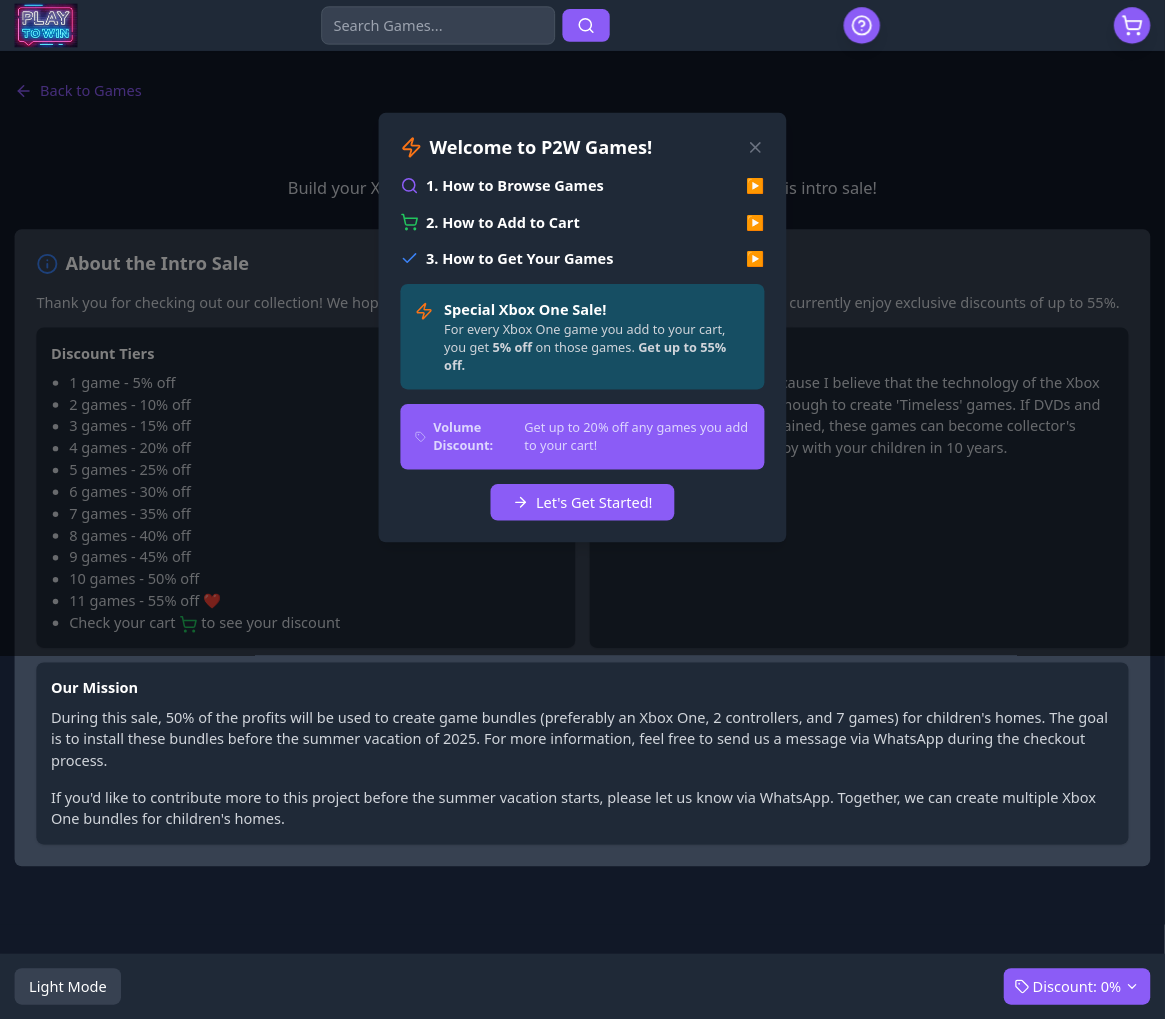
Repository: Play2Win777/P2W-Superbase
Page: /intro-sale
These files come from the project's save history. The page is drawn as it stood at one moment and after the next save; the edit follows.
The browser window is 1280 px wide. The pictures show the whole page, at 91% of full size.
Pictures or frames that could not be fetched are drawn as grey boxes. The page's requests for data from a server got no answer. The project was rebuilt for these pictures with package versions that can differ from the ones it lists, and the page was loaded fresh each time. No one was signed in, and anything a server would have sent is missing. Also part of the build but not shown: vite.config.ts, src/components/Filters.tsx, src/components/GameCard.tsx, src/components/FlashSaleBadge.tsx, src/pages/GameDetails.tsx, src/pages/Checkout.tsx, src/pages/FlashSalePage.tsx, src/components/Toast.tsx.

Above is the page before, as saved 2025-03-23 12:38:16.

### index.html
<!doctype html>
<html lang="en">
  <head>
    <meta charset="UTF-8" />
    <link rel="icon" type="image/svg+xml" href="/vite.svg" />
    <meta name="viewport" content="width=device-width, initial-scale=1.0" />
    <title>P2W Games</title>
  </head>
  <body>
    <div id="root"></div>
    <script type="module" src="/src/main.tsx"></script>
  </body>
</html>

### src/main.tsx
import { StrictMode } from 'react';
import { createRoot } from 'react-dom/client';
import App from './App.tsx';
import './index.css';

// Add Storylane script dynamically
//const script = document.createElement('script');
//script.src = 'https://js.storylane.io/js/v2/storylane.js';
//script.async = true;
//document.head.appendChild(script);

createRoot(document.getElementById('root')!).render(
  <StrictMode>
    <App />
  </StrictMode>
);

### src/App.tsx
// src/App.tsx
import React, { useEffect, useState } from 'react';
import { BrowserRouter as Router, Routes, Route, useNavigate, useLocation } from 'react-router-dom';
import { Search, Zap, X, ShoppingCart, Filter, ArrowRight, Check, HelpCircle, Tag } from 'lucide-react';
import { fetchGames } from './api';
import { useStore } from './store';
import { Filters } from './components/Filters';
import { GameCard } from './components/GameCard';
import { Cart } from './components/Cart';
import { GameDetails } from './pages/GameDetails';
import { Checkout } from './pages/Checkout';
import { FlashSalePage } from './pages/FlashSalePage';
import { IntroSalePage } from './pages/IntroSalePage';
import { DiscountPopup } from './components/DiscountPopup';
import { ThemeContext } from './context/ThemeContext';
import { Toast } from './components/Toast';
import { ExchangeRateProvider } from './context/ExchangeRateContext';

// IntroModal Component
const IntroModal = ({ isOpen, onClose }) => {
  const [isBrowseOpen, setIsBrowseOpen] = useState(false); // Start collapsed
  const [isAddToCartOpen, setIsAddToCartOpen] = useState(false); // Start collapsed
  const [isCheckoutOpen, setIsCheckoutOpen] = useState(false); // Start collapsed

  if (!isOpen) return null;

  return (
    <div
      className="fixed inset-0 bg-black/50 flex items-center justify-center p-4 z-50"
      onClick={onClose} // Close modal when clicking outside
    >
      <div
        className="bg-white dark:bg-gray-800 p-6 rounded-lg max-w-md w-full max-h-[70vh] flex flex-col shadow-lg transform transition-all duration-300 ease-out animate-fade-in-scale"
        onClick={(e) => e.stopPropagation()} // Prevent clicks inside the modal from closing it
      >
        {/* Fixed Header */}
        <div className="flex justify-between items-center mb-4">
          <h2 className="text-xl font-bold dark:text-white flex items-center gap-2">
            <Zap size={24} className="text-orange-500" />
            Welcome to P2W Games!
          </h2>
          <button
            onClick={onClose}
            className="text-gray-500 hover:text-gray-700 dark:hover:text-gray-300"
          >
            <X size={20} />
          </button>
        </div>

        {/* Scrollable Content */}
        <div className="flex-1 overflow-y-auto space-y-4">
          {/* Collapsible Section: How to Browse Games */}
          <div className="flex flex-col gap-2">
            <button
              onClick={() => setIsBrowseOpen(!isBrowseOpen)}
              className="flex items-center gap-2 text-left dark:text-white"
            >
              <Search size={20} className="flex-shrink-0 text-purple-500" />
              <p className="font-semibold">1. How to Browse Games</p>
              <span className="ml-auto transform transition-transform">
                {isBrowseOpen ? '▼' : '▶'}
              </span>
            </button>
            {isBrowseOpen && (
              <ul className="list-disc pl-10 text-gray-700 dark:text-gray-300">
                <li>Click <strong>platform icons</strong> to filter by platform.</li>
                <li>Use the search "<Search size={16} className="inline" />" button at the top to apply filters like platform, genre, price, and more.</li>
              </ul>
            )}
          </div>

          {/* Collapsible Section: How to Add to Cart */}
          <div className="flex flex-col gap-2">
            <button
              onClick={() => setIsAddToCartOpen(!isAddToCartOpen)}
              className="flex items-center gap-2 text-left dark:text-white"
            >
              <ShoppingCart size={20} className="flex-shrink-0 text-green-500" />
              <p className="font-semibold">2. How to Add to Cart</p>
              <span className="ml-auto transform transition-transform">
                {isAddToCartOpen ? '▼' : '▶'}
              </span>
            </button>
            {isAddToCartOpen && (
              <ul className="list-disc pl-10 text-gray-700 dark:text-gray-300">
                <li>Click the <ShoppingCart size={16} className="inline" /> button to add games to your cart.</li>
                <li>Look for <Zap size={16} className="inline text-orange-500" /> Flash Sale badges for discounted games.</li>
              </ul>
            )}
          </div>

          {/* Collapsible Section: How to Get Your Games */}
          <div className="flex flex-col gap-2">
            <button
              onClick={() => setIsCheckoutOpen(!isCheckoutOpen)}
              className="flex items-center gap-2 text-left dark:text-white"
            >
              <Check size={20} className="flex-shrink-0 text-blue-500" />
              <p className="font-semibold">3. How to Get Your Games</p>
              <span className="ml-auto transform transition-transform">
                {isCheckoutOpen ? '▼' : '▶'}
              </span>
            </button>
            {isCheckoutOpen && (
              <ul className="list-disc pl-10 text-gray-700 dark:text-gray-300">
                <li>Go to your cart at the top right <ShoppingCart size={16} className="inline" /> and review your items.</li>
                <li>Choose <strong>WhatsApp</strong> at checkout and you can pay in person in SRD.</li>
              </ul>
            )}
          </div>
        </div>

        {/* Fixed Footer: Special Xbox Sale Announcement */}
        <a href="/intro-sale"className="bg-yellow-100 dark:bg-cyan-900 p-4 rounded-lg mt-4">
          <div className="flex items-start gap-3">
            <Zap size={20} className="flex-shrink-0 mt-1 text-orange-500" />
            <div>
              <a
                href="/intro-sale" // Link to IntroSalePage
                className="font-semibold dark:text-white hover:underline"
              >
                Special Xbox One Sale!
              </a>
              <p className="text-sm dark:text-gray-300">
                For every Xbox One game you add to your cart, you get <strong>5% off</strong> on those games. <strong>Get up to 55% off.</strong>
              </p>
            </div>
          </div>
        </a>

        {/* Volume Discount Section */}
        <div className="mt-4 p-4 bg-purple-50 dark:bg-purple-500 rounded-lg">
          <p className="text-sm text-purple-700 dark:text-purple-200 flex items-center gap-2">
            <Tag size={16} className="text-purple-500 dark:text-purple-300" />
            <strong>Volume Discount:</strong> Get up to 20% off any games you add to your cart!
          </p>
        </div>

        {/* Call to Action */}
        <div className="mt-4 flex justify-center">
          <button
            onClick={onClose}
            className="bg-purple-500 text-white px-6 py-2 rounded-lg hover:bg-purple-600 transition-colors flex items-center gap-2"
          >
            <ArrowRight size={18} />
            Let's Get Started!
          </button>
        </div>
      </div>
    </div>
  );
};


// SEARCH BAR COMPONENT
const SearchBar = () => {
  const {
    games,
    searchGames,
    setFilteredGames,
    setCurrentPage
  } = useStore();
  const [searchTerm, setSearchTerm] = useState('');
  const navigate = useNavigate();
  const location = useLocation();

  const handleSearch = (e) => {
    const term = e.target.value;
    setSearchTerm(term);

    if (searchGames) {
      searchGames(term);
    } else {
      if (!term.trim()) {
        setFilteredGames(games);
      } else {
        const results = games.filter(game =>
          game.Game_Title.toLowerCase().includes(term.toLowerCase())
        );
        setFilteredGames(results);
      }
    }

    // Reset to first page when searching
    setCurrentPage(1);

    // If user is not on the home page and they've typed at least 2 characters, navigate to home
    if (location.pathname !== '/' && term.length >= 2) {
      navigate('/');
    }
  };

  return (
    <input
      type="text"
      placeholder="Search Games..."
      value={searchTerm}
      onChange={handleSearch}
      className="w-full px-3 py-2 border rounded-lg text-gray-900 dark:bg-gray-700 dark:text-white dark:border-gray-600"
    />
  );
};

// Whatsapp COMPONENT
const FloatingWhatsAppButton = () => {
  const phoneNumber = "+5978574777";
  const message = "Hello! I have a question about P2W Games.";
  const whatsappUrl = `https://wa.me/${phoneNumber}?text=${encodeURIComponent(message)}`;

  return (
    <a
      href={whatsappUrl}
      target="_blank"
      rel="noopener noreferrer"
      className="fixed bottom-6 right-6 z-50 p-3 bg-gray-200 dark:bg-gray-700 rounded-full shadow-lg hover:bg-green-500 dark:hover:bg-green-500 transition-all duration-300 hover:scale-110"
    >
      <img
        src="https://upload.wikimedia.org/wikipedia/commons/6/6b/WhatsApp.svg"
        alt="WhatsApp"
        className="w-8 h-8 opacity-75 hover:opacity-100 transition-opacity"
      />
    </a>
  );
};

// FOOTER COMPONENT
const Footer = ({ toggleDarkMode, darkMode }) => {
  return (
    <footer className="bg-white dark:bg-gray-800 shadow-md mt-8 py-4 overflow-visible">
      <div className="container mx-auto px-4 flex items-center justify-between">
        {/* Dark Mode Toggle on the left */}
        <button
          onClick={toggleDarkMode}
          className="bg-gray-200 dark:bg-gray-700 text-gray-900 dark:text-white px-4 py-2 rounded-lg whitespace-nowrap"
        >
          {darkMode ? (
            <span>Light Mode</span>
          ) : (
            <span>Dark Mode</span>
          )}
        </button>

        {/* Add DiscountPopup button to the footer */}
        <div className="ml-4">
          <DiscountPopup />
        </div>
      </div>
    </footer>
  );
};

function App() {
  const {
    games,
    filteredGames,
    currentPage,
    setGames,
    setFilteredGames,
    setCurrentPage,
    showFilters,
    setShowFilters,
    filters,
    toastMessage,
    toastDiscountInfo,
  } = useStore();

  const [darkMode, setDarkMode] = useState(true);
  const [isScrolling, setIsScrolling] = useState(false);
  const [showIntroModal, setShowIntroModal] = useState(false);

  // Show intro modal on first visit
  useEffect(() => {
    const hasSeenIntro = localStorage.getItem('hasSeenIntro');
    if (!hasSeenIntro) {
      setShowIntroModal(true);
      localStorage.setItem('hasSeenIntro', 'true');
    }
  }, []);

  useEffect(() => {
    const loadGames = async () => {
      const fetchedGames = await fetchGames();
      const randomizedGames = [...fetchedGames].sort(() => Math.random() - 0.5);
      setGames(randomizedGames);
      setFilteredGames(randomizedGames);
    };

    loadGames();
  }, [setGames, setFilteredGames]);

  useEffect(() => {
    if (darkMode) {
      document.documentElement.classList.add('dark');
    } else {
      document.documentElement.classList.remove('dark');
    }
  }, [darkMode]);

  const toggleDarkMode = () => {
    setDarkMode((prev) => !prev);
  };

  const toggleFilters = () => {
    setShowFilters(!showFilters);
    if (!showFilters) {
      setIsScrolling(false);
      window.scrollTo({ top: 0, behavior: 'smooth' });
      setTimeout(() => {
        setIsScrolling(true);
      }, 1000);
    }
  };

  const gamesPerPage = 12;
  const paginatedGames = filteredGames.slice(0, currentPage * gamesPerPage);
  const hasMore = paginatedGames.length < filteredGames.length;

  const themeValue = {
    darkMode,
    toggleDarkMode: () => setDarkMode(prev => !prev)
  };

  return (
    <ThemeContext.Provider value={themeValue}>
      <ExchangeRateProvider>
        <Router>
          <div className={`min-h-screen ${darkMode ? 'bg-gray-900' : 'bg-gray-50'}`}>
            {/* Intro Modal */}
            <IntroModal
              isOpen={showIntroModal}
              onClose={() => setShowIntroModal(false)}
            />

            {/* Toast */}
            {toastMessage && (
              <Toast
                message={toastMessage}
                discountInfo={toastDiscountInfo || undefined}
              />
            )}

            <header className="bg-white dark:bg-gray-800 shadow-sm sticky top-0 z-50">
              <div className="container mx-auto px-4 py-1">
                <div className="flex justify-between items-center">
                  <div className="flex items-center gap-2">
                    <h1
                      onClick={() => window.location.href = '/'}
                      className="text-2xl font-bold text-gray-900 dark:text-white whitespace-nowrap cursor-pointer flex items-center"
                    >
                      <img src="/assets/icons/p2wlogo.png" alt="Play 2 Win" className="h-12 mr-3" />
                    </h1>
                  </div>

                  <div className="flex items-center w-1/2 md:w-auto">
                    <div className="mr-2 flex-grow">
                      <SearchBar />
                    </div>
                    <button
                      onClick={toggleFilters}
                      className="bg-purple-500 hover:bg-purple-600 text-white font-bold py-2 px-4 rounded-lg flex items-center"
                    >
                      <Search className="h-5 w-5" />
                    </button>
                  </div>

                  <button
                    onClick={() => setShowIntroModal((prev) => !prev)} // Toggle modal
                    className="p-2 bg-purple-500 text-white rounded-full hover:bg-purple-600 transition-colors shadow-lg relative group"
                  >
                    <HelpCircle size={24} />
                    <div className="absolute top-full left-1/2 transform -translate-x-1/2 mt-2 px-2 py-1 bg-gray-800 text-white text-sm rounded opacity-0 group-hover:opacity-100 transition-opacity whitespace-nowrap z-50">
                      How it works
                    </div>
                  </button>

                  <Cart className="hidden md:block" />
                </div>
              </div>
            </header>

            <Routes>
              <Route
                path="/"
                element={
                  <main className="container mx-auto px-4 py-4">
                    {showFilters && (
                      <div className="mb-6">
                        <Filters />
                      </div>
                    )}

                    <div className="grid grid-cols-1 sm:grid-cols-2 lg:grid-cols-2 xl:grid-cols-3 gap-6 mt-0">
                      {paginatedGames.map((game) => (
                        <GameCard key={game.id} game={game} />
                      ))}
                    </div>
                    {hasMore && (
                      <div className="mt-8 text-center">
                        <button
                          onClick={() => setCurrentPage(currentPage + 1)}
                          className="bg-purple-500 text-white px-6 py-2 rounded-lg hover:bg-purple-600 transition-colors"
                        >
                          Load More Games
                        </button>
                      </div>
                    )}
                  </main>
                }
              />
              <Route path="/game/:id" element={<GameDetails />} />
              <Route path="/checkout" element={<Checkout />} />
              <Route path="/flash-sale" element={<FlashSalePage />} />
              <Route path="/intro-sale" element={<IntroSalePage />} />
            </Routes>

            <Footer toggleDarkMode={themeValue.toggleDarkMode} darkMode={darkMode} />
          </div>
        </Router>
      </ExchangeRateProvider>
    </ThemeContext.Provider>
  );
}

export default App;

### src/api.ts
import { createClient } from '@supabase/supabase-js';
import { Game } from './types';

const supabase = createClient(
  import.meta.env.VITE_SUPABASE_URL,
  import.meta.env.VITE_SUPABASE_KEY
);

export const fetchGames = async (): Promise<Game[]> => {
  const { data, error } = await supabase
    .from('Games')
    .select(`
      id,
      Game_Title,
      Platform,
      Genre,
      Sub_Genre,
      Age_Rating,
      Max_Offline_Players,
      Game_Modes,
      Developer,
      Release_Year,
      Price_to_Sell_For,
      Metacritic_Score,
      User_Score,
      Short_Description,
      Key_Features,
      Unique_Selling_Point,
      image_url_medium,
      Youtube_link
    `);

  if (error) {
    console.error('Supabase error:', error);
    return [];
  }

  return data as Game[];
};

### src/context/ThemeContext.tsx

 // src/context/ThemeContext.tsx
 import { createContext, useContext } from 'react';


 type ThemeContextType = {
  darkMode: boolean;
  toggleDarkMode: () => void;
 };


 export const ThemeContext = createContext<ThemeContextType>({
  darkMode: false,
  toggleDarkMode: () => {},
 });


 export const useTheme = () => useContext(ThemeContext);

### src/context/ExchangeRateContext.tsx
// src/context/ExchangeRateContext.tsx
import React, { createContext, useState, useEffect, useContext } from 'react';

interface ExchangeRateContextType {
  exchangeRate: number | null;
}

const ExchangeRateContext = createContext<ExchangeRateContextType>({ exchangeRate: null });

export const ExchangeRateProvider: React.FC<{ children: React.ReactNode }> = ({ children }) => {
  const [exchangeRate, setExchangeRate] = useState<number | null>(null);

  useEffect(() => {
    const fetchExchangeRate = async () => {
      try {
        const response = await fetch('https://api.exchangerate-api.com/v4/latest/USD');
        const data = await response.json();
        const usdToSrd = data.rates.SRD || 36.35; // Fallback to 36.35 if API fails
        setExchangeRate(usdToSrd + 0.4); // Add 40 cents markup
      } catch (error) {
        console.error('Failed to fetch exchange rate:', error);
        setExchangeRate(36.35 + 0.4); // Fallback to 36.35 + 0.4 if API fails
      }
    };

    fetchExchangeRate();
  }, []);

  return (
    <ExchangeRateContext.Provider value={{ exchangeRate }}>
      {children}
    </ExchangeRateContext.Provider>
  );
};

export const useExchangeRate = () => useContext(ExchangeRateContext);

### src/utils/gameHelpers.ts
// utils/gameHelpers.ts

/**
 * Determines if a game is eligible for the Flash Sale.
 * @param game - The game object.
 * @returns True if the game is eligible for the Flash Sale, false otherwise.
 */
export const isFlashSaleEligible = (game: any): boolean => {
  if (!game) return false;

  // Games with Metacritic score > 85 are eligible for flash sale
  // You can customize this logic based on your requirements
  return game.Metacritic_Score && parseInt(game.Metacritic_Score) < 70;
};

/**
 * Determines if a game is eligible for the Intro Sale.
 * @param game - The game object.
 * @returns True if the game is eligible for the Intro Sale, false otherwise.
 */
export const isIntroSaleEligible = (game: any): boolean => {
  if (!game) return false;

  // Debugging: Log the game's platform
  console.log(`Game: ${game.Game_Title}, Platform: "${game.Platform}"`);

  // Only Xbox One games are eligible for the Intro Sale
  return game.Platform === 'Xbox One';
};

/**
 * Determines the Intro Sale discount rate based on the number of Intro Sale items.
 * @param introSaleCount - The number of Intro Sale items in the cart.
 * @returns The discount rate as a decimal (e.g., 0.55 for 55%).
 */
export const getIntroSaleDiscountRate = (introSaleCount: number): number => {
  if (introSaleCount >= 11) return 0.55;
  if (introSaleCount >= 10) return 0.5;
  if (introSaleCount >= 9) return 0.45;
  if (introSaleCount >= 8) return 0.4;
  if (introSaleCount >= 7) return 0.35;
  if (introSaleCount >= 6) return 0.3;
  if (introSaleCount >= 5) return 0.25;
  if (introSaleCount >= 4) return 0.2;
  if (introSaleCount >= 3) return 0.15;
  if (introSaleCount >= 2) return 0.1;
  if (introSaleCount >= 1) return 0.05;
  return 0;
};

/**
 * Determines if the Flash Sale is active based on the number of Flash Sale items.
 * @param flashSaleEligibleCount - The number of Flash Sale items in the cart.
 * @returns True if the Flash Sale is active, false otherwise.
 */
export const isFlashSaleActive = (flashSaleEligibleCount: number): boolean => {
  return flashSaleEligibleCount >= 3;
};

/**
 * Determines the Volume Discount rate based on the total number of Volume Discount items.
 * @param totalVolumeItems - The total number of Volume Discount items in the cart.
 * @returns The discount rate as a decimal (e.g., 0.2 for 20%).
 */
export const getVolumeDiscountRate = (totalVolumeItems: number): number => {
  if (totalVolumeItems >= 5) return 0.2;
  if (totalVolumeItems >= 3) return 0.1;
  if (totalVolumeItems >= 2) return 0.05;
  return 0;
};

Loaded but not shown: tailwind.config.js (25 lines, source omitted); src/components/Cart.tsx (276 lines, source omitted); src/store.ts (278 lines, source omitted); src/pages/IntroSalePage.tsx (169 lines, source omitted); src/index.css (176 lines, source omitted); src/components/DiscountPopup.tsx (77 lines, source omitted)

After the next save:
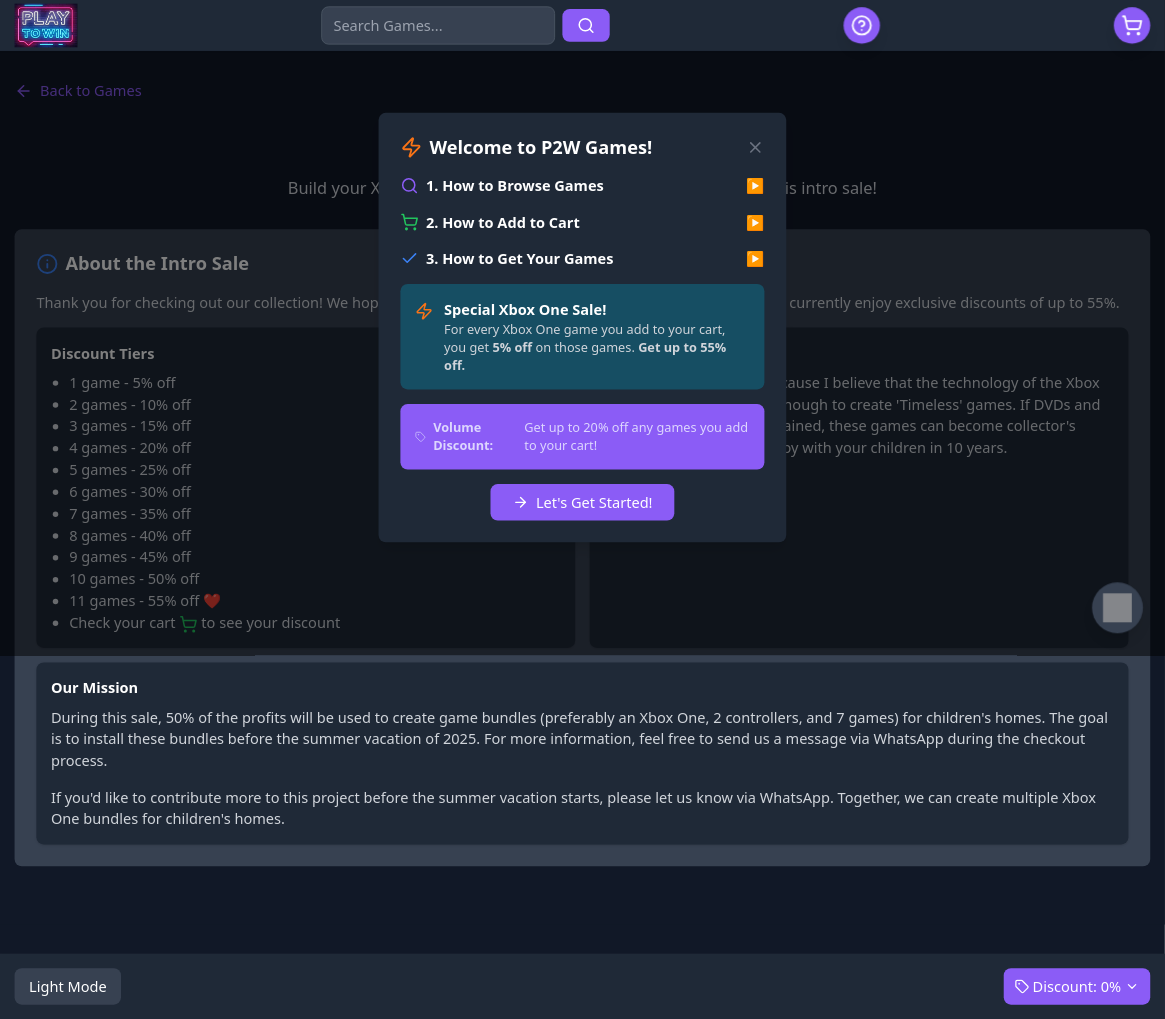
Saved 111 s later.
--- a/src/App.tsx
+++ b/src/App.tsx
@@ -330,6 +330,9 @@
               isOpen={showIntroModal}
               onClose={() => setShowIntroModal(false)}
             />
+
+             {/* Floating WhatsApp Button */}
+             <FloatingWhatsAppButton />
 
             {/* Toast */}
             {toastMessage && (
